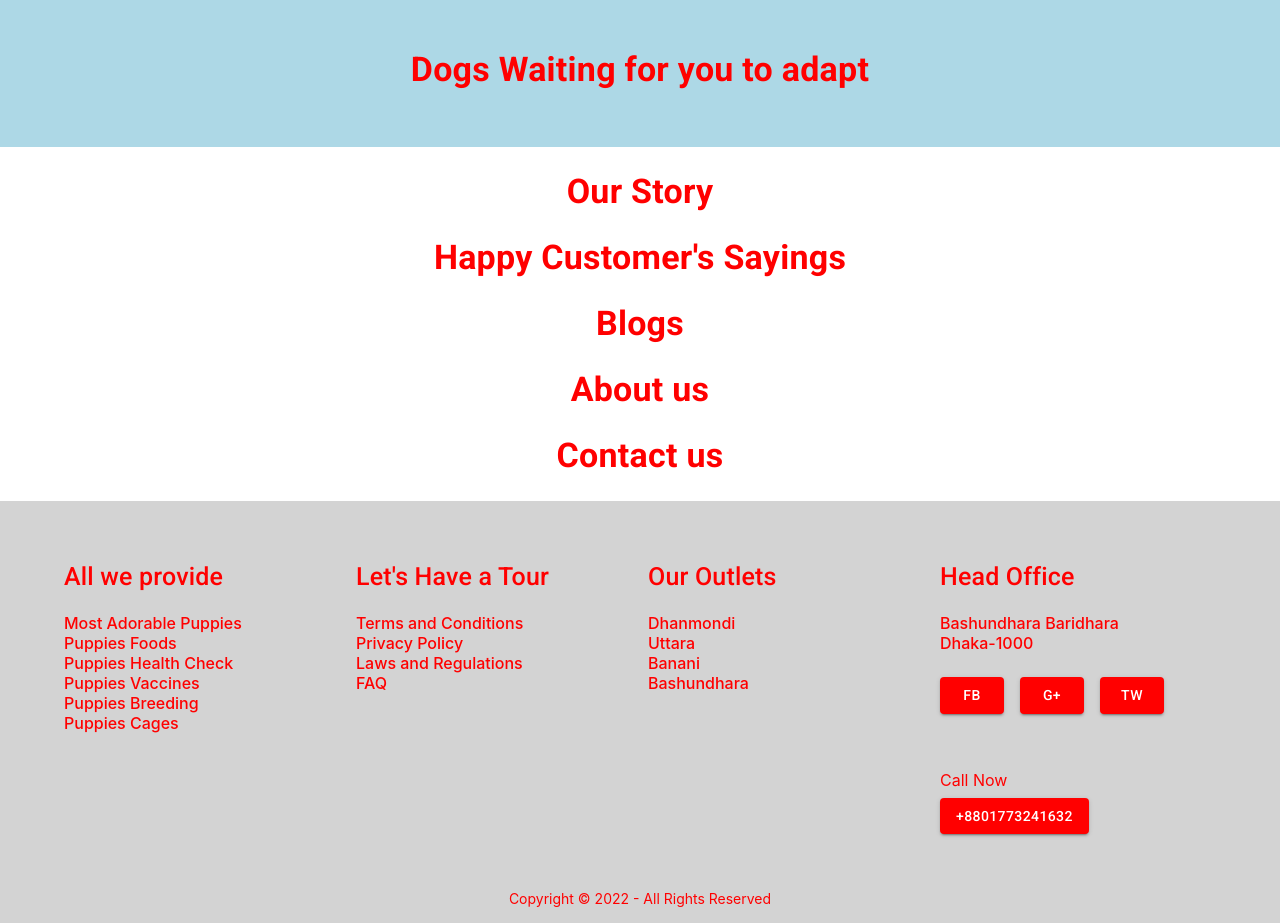
Repository: Sharif-00112/dogos-paradise-client
Page: /
The author's editor kept a copy of each file at every save. The page is drawn from the files as they stood at one save, then again after the next save.
The browser window is 1280 px wide. The pictures show the part of the page from y = 1041 to 1972 px (the page is 1964 px tall before and 1972 px after).
The page's requests for data from a server got no answer. The project was rebuilt for these pictures with package versions that can differ from the ones it lists, and the page was loaded fresh each time. Some packages were replaced by stand-ins written for this rebuild. No one was signed in, and anything a server would have sent is missing. Also part of the build but not shown: src/Pages/Home/Dog/Dog.js, src/Pages/Login/Login/Login.js, src/Pages/Login/Register/Register.js, src/Pages/NotFound/NotFound.js.

Above is the page before, as saved 2022-12-02 15:52:44.

After the next save:
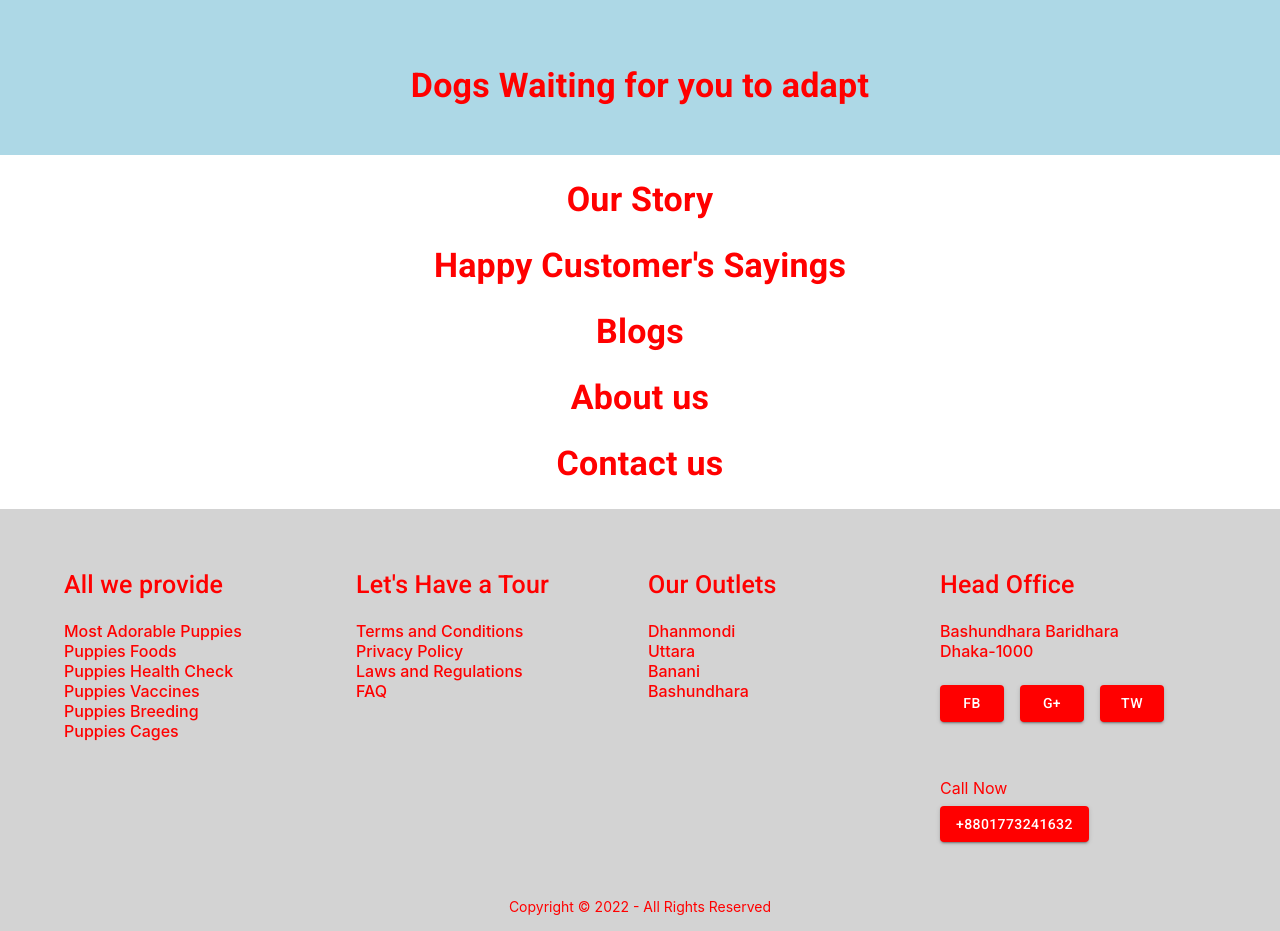
Saved 22 s later.
--- a/src/Pages/Home/Dogs/Dogs.js
+++ b/src/Pages/Home/Dogs/Dogs.js
@@ -99,9 +99,9 @@ const Dogs = () => {
 
     return (
         <div>
-            <Box sx={{ flexGrow: 1, backgroundColor:"lightblue", py:7 }}>
+            <Box sx={{ flexGrow: 1, backgroundColor:"lightblue", py:6 }}>
                 <Container>
-                    <Typography sx={{ pb:3, color: 'red', fontWeight: 600 }} variant="h4" component="div">
+                    <Typography sx={{ p:3, color: 'red', fontWeight: 600 }} variant="h4" component="div">
                         Dogs Waiting for you to adapt
                     </Typography>
 
